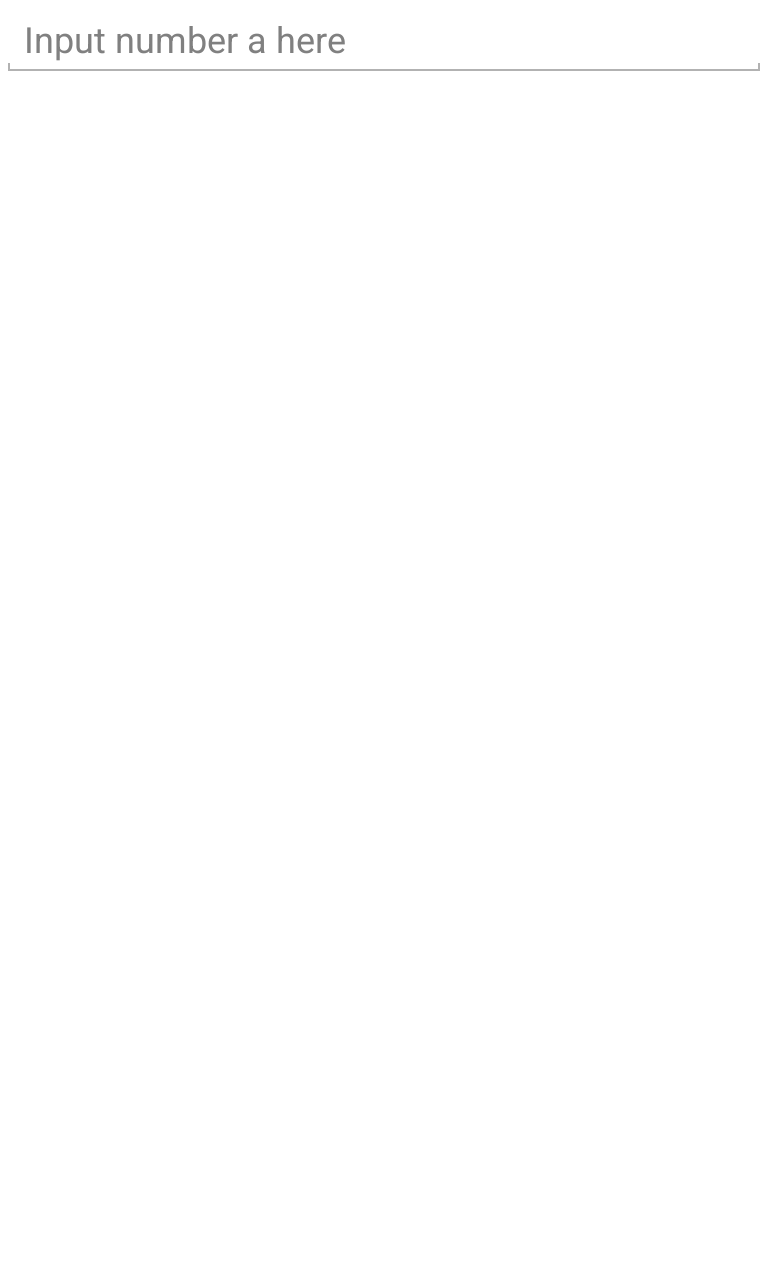
Repository: LightWay152/Lesson2_If_Switch
Layout: Min2Number/res/layout/activity_main.xml
The author's editor kept a copy of each file at every save. The layout is drawn from the files as they stood at one save, then again after the next save.
It is drawn on a 768 x 1280 px phone screen (xhdpi) without system bars, with theme AppTheme; the app's code is not run.

Above is the layout before, as saved 2017-01-01 13:01:59.

After the next save:
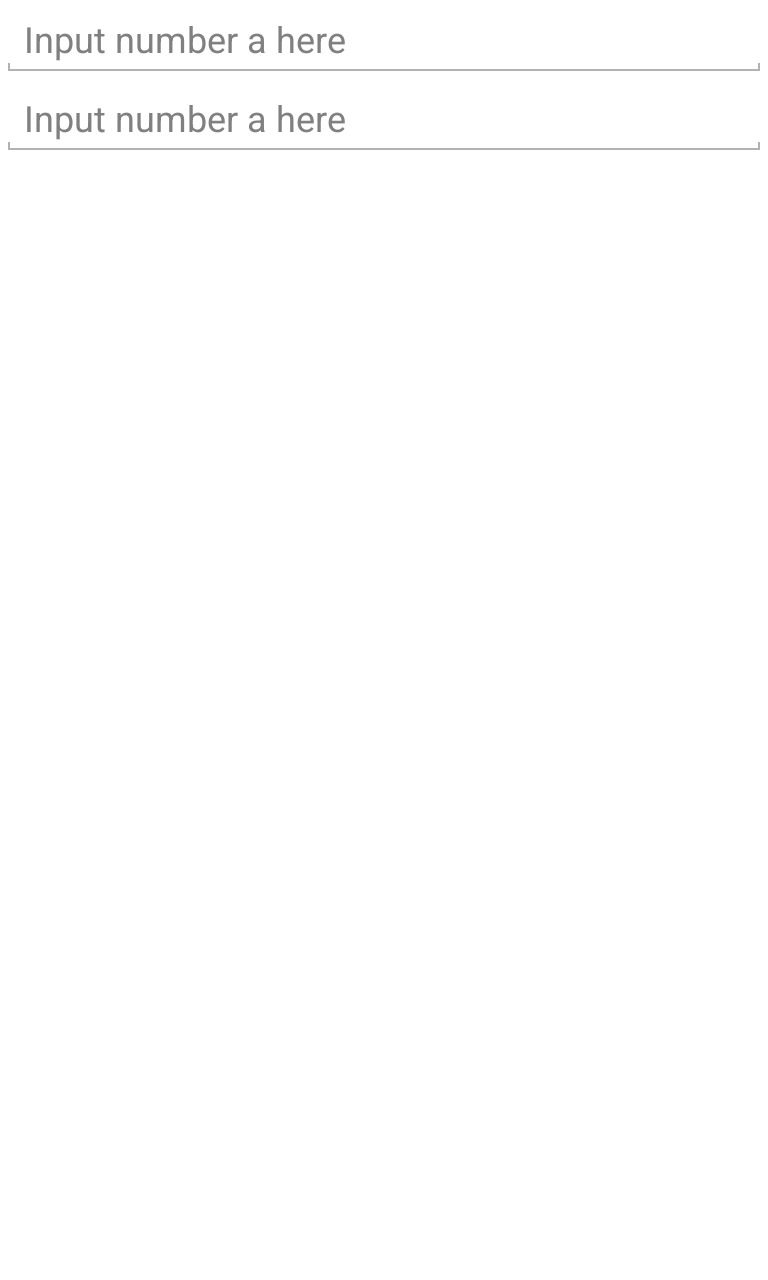
Saved 12 s later.
--- a/Min2Number/res/layout/activity_main.xml
+++ b/Min2Number/res/layout/activity_main.xml
@@ -10,4 +10,9 @@
         android:layout_width="match_parent"
         android:layout_height="wrap_content"
         android:hint="@string/input_number_a"/>
+    <EditText
+        android:id="@+id/edtNumberA"
+        android:layout_width="match_parent"
+        android:layout_height="wrap_content"
+        android:hint="@string/input_number_a"/>
 </LinearLayout>
